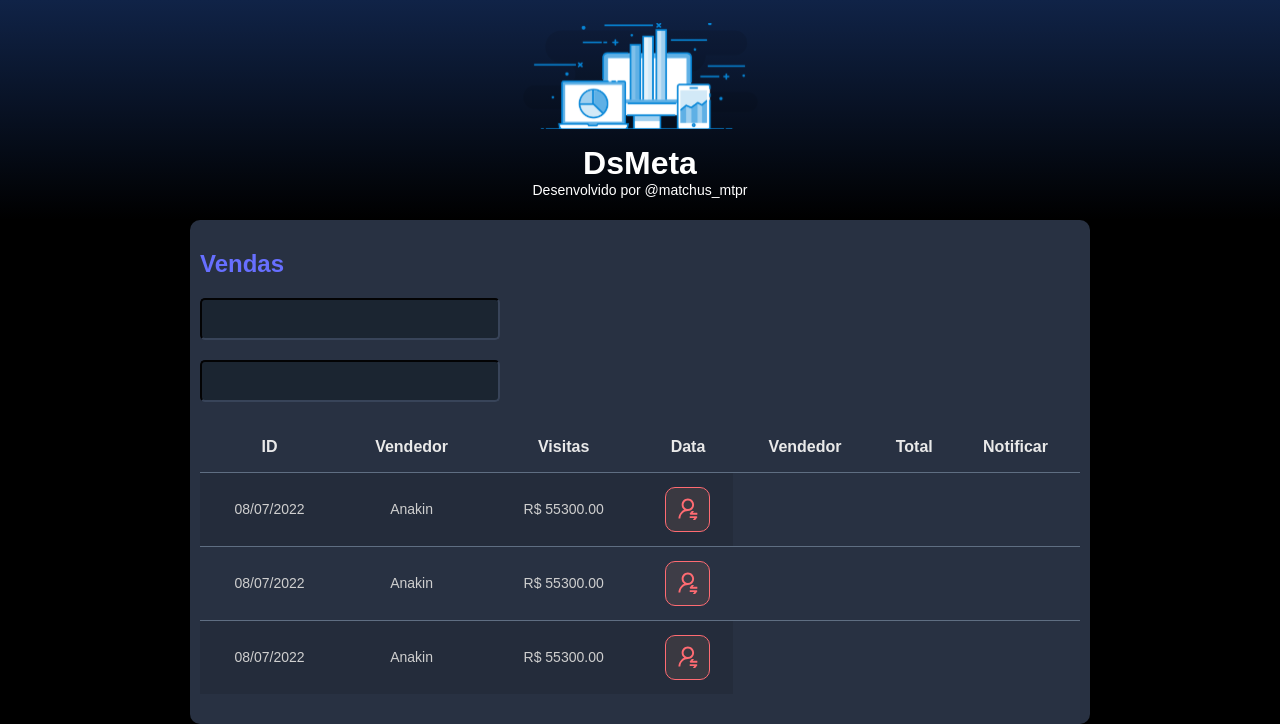
Repository: MatheusAlvesPereiraRosa/ds-meta
Page: index.html
An editor plug-in stored every save of this project. The page is shown before and after the next save, followed by the edit.
The browser window is 1280 px wide. The pictures show the whole page.

Above is the page before, as saved 2022-09-05 17:16:16.

### index.html
<!DOCTYPE html>
<html lang="en">
  <head>
    <meta charset="UTF-8" />
    <meta http-equiv="X-UA-Compatible" content="IE=edge" />
    <meta name="viewport" content="width=device-width, initial-scale=1.0" />
    <title>Document</title>

    <link rel="stylesheet" href="styles.css" />
  </head>

  <body>
    <header>
      <div class="dsmeta-logo-container">
        <img src="logo.svg" alt="Logo" />
        <h1>DsMeta</h1>
        <p>
          Desenvolvido por
          <a href="https://www.instagram.com/matchus_mtpr">@matchus_mtpr</a>
        </p>
      </div>
    </header>

    <main>
      <section id="sales">
        <div class="dsmeta-container">
          <div class="dsmeta-card">
            <h2 class="dsmeta-sales-title">Vendas</h2>
            <div>
              <div class="dsmeta-form-control-container">
                <input class="dsmeta-form-control" type="text" />
              </div>
              <div class="dsmeta-form-control-container">
                <input class="dsmeta-form-control" type="text" />
              </div>
            </div>

            <div>
              <table class="dsmeta-sales-table">
                <thead>
                  <tr>
                    <th class="show992">ID</th>
                    <th class="show992">Vendedor</th>
                    <th class="show992">Visitas</th>
                    <th class="show576">Data</th>
                    <th>Vendedor</th>
                    <th>Total</th>
                    <th>Notificar</th>
                  </tr>
                </thead>
                <tbody>
                  <tr>
                    <td class="show576">08/07/2022</td>
                    <td>Anakin</td>
                    <td>R$ 55300.00</td>
                    <td>
                      <div class="dsmeta-red-btn-container">
                        <div class="dsmeta-red-btn">
                          <img src="icone.svg" alt="Notificar" />
                        </div>
                      </div>
                      </tr>
                    </td>
                  </tr>

                  <tr>
                    <td class="show576">08/07/2022</td>
                    <td>Anakin</td>
                    <td>R$ 55300.00</td>
                    <td>
                      <div class="dsmeta-red-btn-container">
                        <div class="dsmeta-red-btn">
                          <img src="icone.svg" alt="Notificar" />
                        </div>
                      </div>
                      </tr>
                    </td>
                  </tr>
                  <tr>
                    <td class="show576">08/07/2022</td>
                    <td>Anakin</td>
                    <td>R$ 55300.00</td>
                    <td>
                      <div class="dsmeta-red-btn-container">
                        <div class="dsmeta-red-btn">
                          <img src="icone.svg" alt="Notificar" />
                        </div>
                      </div>
                      </tr>
                    </td>
                  </tr>
                </tbody>
              </table>
            </div>
          </div>
        </div>
      </section>
    </main>
  </body>
</html>

### styles.css
@import url('https://fonts.googleapis.com/css2?family=Roboto:wght@300&display=swap');

* {
    font-family: 'Rotobto', sans-serif;
    box-sizing: border-box;
    margin: 0;
    padding: 0;
}

header {
    background: linear-gradient(180deg, #102347 0%, transparent);
    height: 220px;
    display: flex;
    align-items: center;
    justify-content: center;
}

body, html {
    background-color: black;
    color: #fff;
}

a, a:hover, a:visited {
    color: unset;
    text-decoration: none;
}

.dsmeta-logo-container {
    display: flex;
    flex-direction: column;
    align-items: center;
}

.dsmeta-logo-container img{
    width: 235px;
}

.dsmeta-logo-container h1{
    margin-top: 15px;
}

.dsmeta-logo-container p{
    font-size: 14px;
    font-weight: 300;
}

.dsmeta-card {
    background-color: #283142;
    border-radius: 10px;
    padding: 30px 10px;
}

.dsmeta-container {
    width: 100%;
    max-width: 900px;
    margin: 0 auto;
}

#id {
    padding: 40px 10px;
}

.dsmeta-sales-title {
    color: #676FFF;
    font-size: 24px;
    margin-bottom: 20px;
}

.dsmeta-form-control {
    height: 36px;
    background-color: #1B2531;
    width: 100%;
    max-width: 300px;
    border-radius: 5px;
    border-color: #384459;
    color: #9AAABE;
    padding: 19px 20px;
    font-size: 18px;
}

.dsmeta-sales-table {
    width: 100%;
    border-spacing: 0;
    border-collapse: collapse;
}

.dsmeta-sales-table thead{
    height: 50px;
    font-size: 16px;
    color: #E9E9E9;
    font-weight: 600;
}

.dsmeta-sales-table tbody{
    font-weight: 400;
    font-size: 14px;
    color: #CFCFCF;
    text-align: center;
}

.dsmeta-sales-table tbody tr {
    height: 74px;
    border-top: 1px solid #5F6E82;
}

.dsmeta-sales-table tbody tr:nth-child(odd) {
    background-color: #242C3B;
}

.dsmeta-sales-table tbody tr:hover > td {
    background-color: #384459;
}

.dsmeta-red-btn-container {
    display: flex;
    justify-content: center;
}

.show576 {
    display: none;
}

@media (min-width: 576px) {
    .show576 {
        display: table-cell;
    }
}

.dsmeta-red-btn {
    height: 45px;
    width: 45px;
    background-color: rgba(255, 167, 114, 0.1);
    border: 1px solid #ff6b72;
    border-radius: 10px;
    display: flex;
    align-items: center;
    justify-content: center;
    cursor: pointer;
}

.dsmeta-form-control-container {
    margin-bottom: 20px;
}

After the next save:
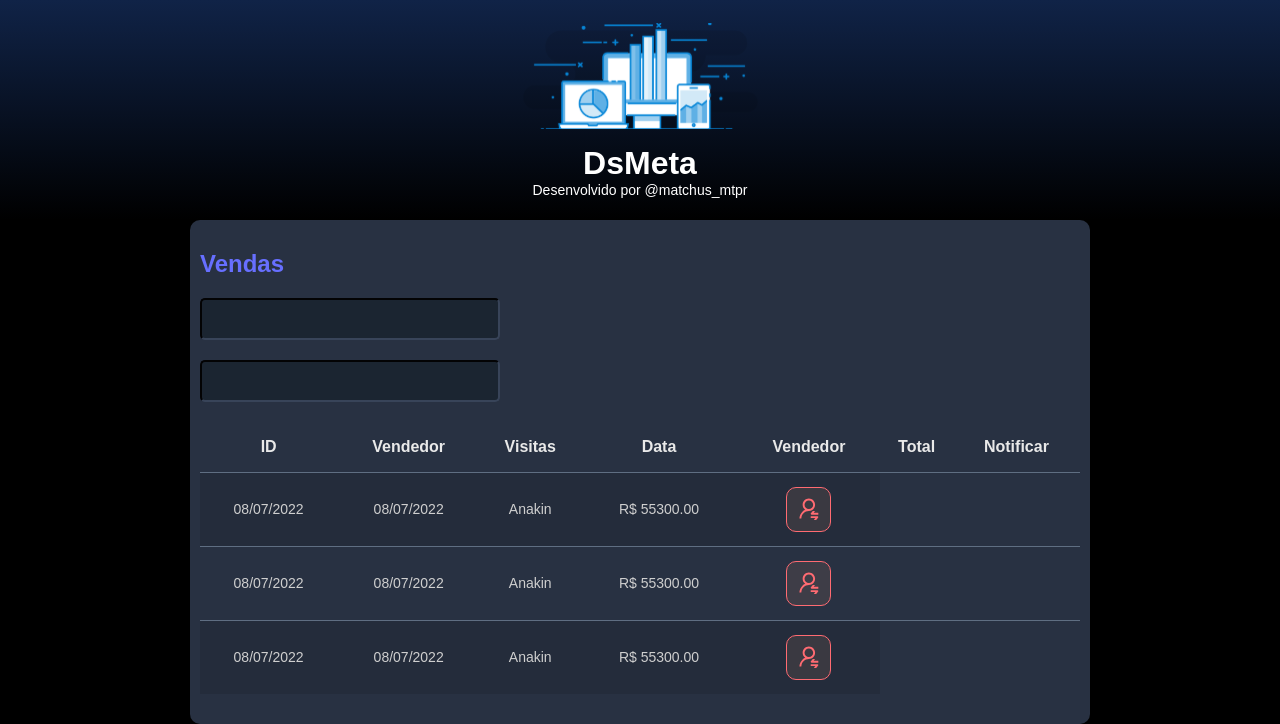
Saved 35 s later.
--- a/index.html
+++ b/index.html
@@ -50,6 +50,7 @@
                 </thead>
                 <tbody>
                   <tr>
+                    <td class="show992">08/07/2022</td>
                     <td class="show576">08/07/2022</td>
                     <td>Anakin</td>
                     <td>R$ 55300.00</td>
@@ -64,6 +65,7 @@
                   </tr>
 
                   <tr>
+                    <td class="show992">08/07/2022</td>
                     <td class="show576">08/07/2022</td>
                     <td>Anakin</td>
                     <td>R$ 55300.00</td>
@@ -77,6 +79,7 @@
                     </td>
                   </tr>
                   <tr>
+                    <td class="show992">08/07/2022</td>
                     <td class="show576">08/07/2022</td>
                     <td>Anakin</td>
                     <td>R$ 55300.00</td>
